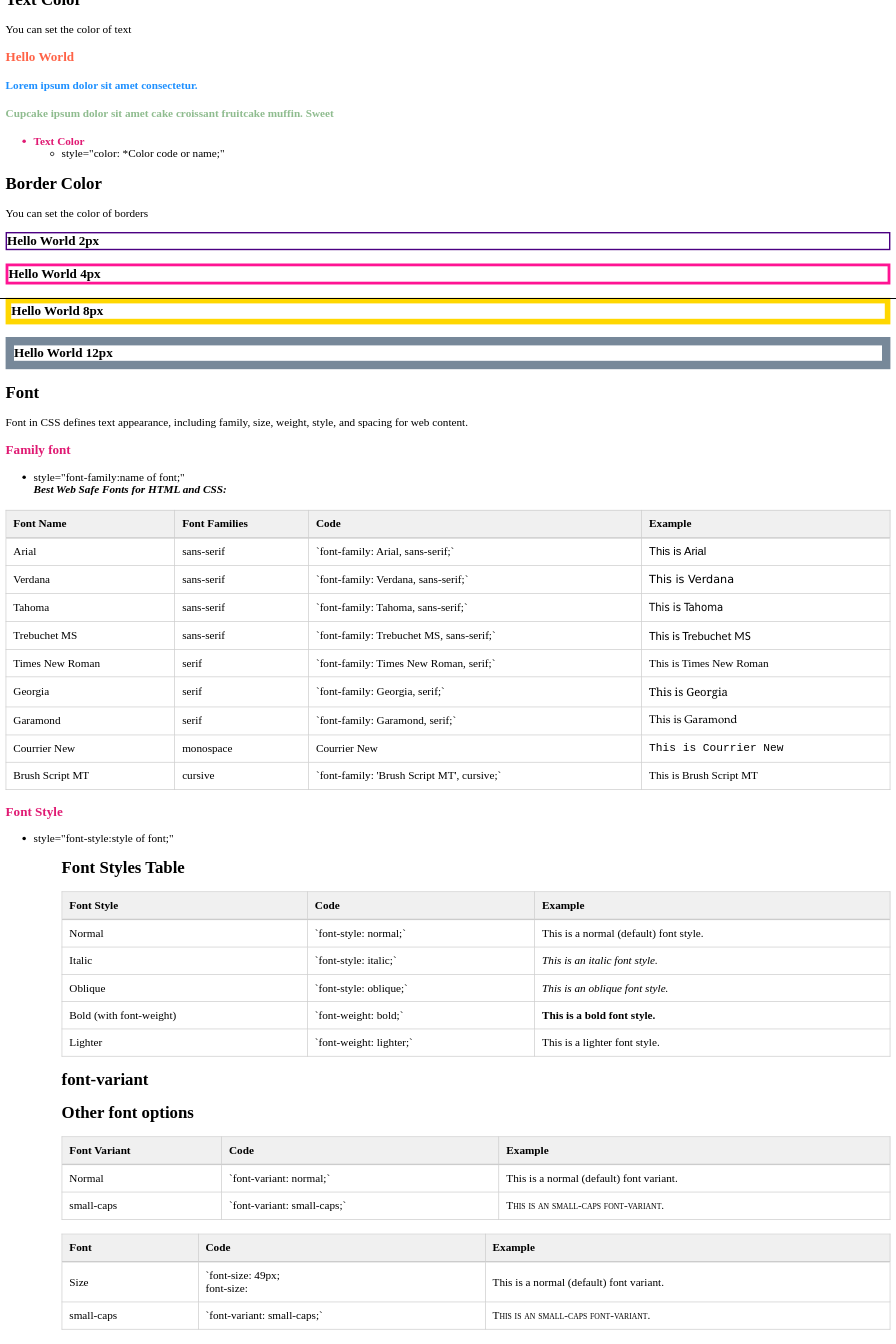
Repository: AnnaSpirit/2025_
Page: Bases/OK/HTML_Text_Formatting.html
An editor plug-in stored every save of this project. The page is shown before and after a run of saves, followed by the edit.
The browser window is 1280 px wide. The pictures show the part of the page from y = 2479 to 4399 px (the page is 4399 px tall before and 4360 px after), at 70% of full size.

Above is the page before, as saved 2025-01-09 16:49:59.

After the next 4 saves:
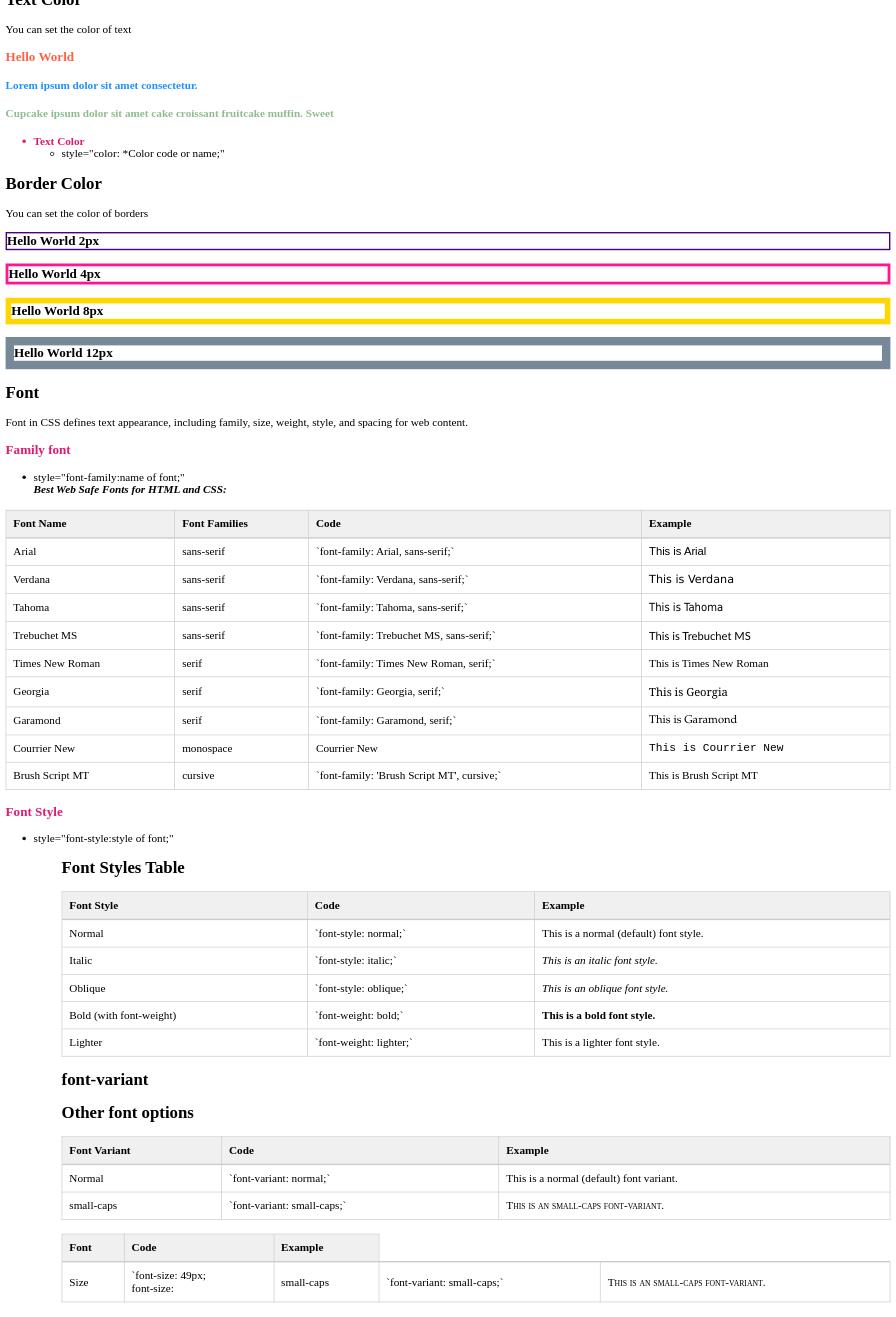
The 4 saves are shown as one change because they came seconds apart.
The last was saved 12 s later.
--- a/Bases/OK/HTML_Text_Formatting.html
+++ b/Bases/OK/HTML_Text_Formatting.html
@@ -368,7 +368,7 @@
         <tr>
             <td style="padding: 10px; border: 1px solid #ccc;">Size</td>
             <td style="padding: 10px; border: 1px solid #ccc;">`font-size: 49px;<br> font-size:</td>
-            <td style="padding: 10px; border: 1px solid #ccc; font-size  normal;">This is a normal (default) font
+            <td style="padding: 10px; border: 1px solid #ccc; font-size:  >This is a normal (default) font
                 variant.</td>
         </tr>
         <tr>
